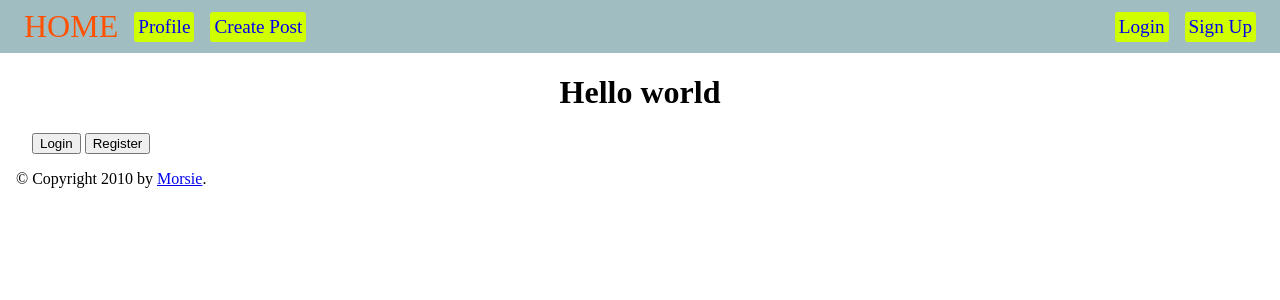
Repository: MorsChen/python-blog
Page: templates/home.html
An editor plug-in stored every save of this project. The page is shown before and after the next save, followed by the edit.
The browser window is 1280 px wide. The pictures show the whole page.
The page is served by the project's application, run on Flask 3 (default.py). The template is opened directly, without the code that normally fills it, so the values that code supplies are empty.

Above is the page before, as saved 2019-09-09 16:57:34.

### templates/home.html
{% extends 'index.html' %}

{% block content %}
<h1 style="text-align:center"> Hello world </h1>

{% if not current_user.is_authenticated %}
{% for post in posts %}
<li> {{post.title}} || {{post.body}} || {{post.users.username}} || {{post.created}} || {{post.updated}}
</li>

{%endfor%}
<button type="button" onclick="window.location.href=`{{url_for('login')}}`"> Login</button>
<button type="button" onclick="window.location.href=`{{url_for('register')}}`"> Register</button>
{% else %}
<h3>{{current_user.username}}</h3>
{% for post in posts %}
<li> <a href="{{url_for('single_post', id = post.id)}}">{{post.title}}</a> || {{post.body}} || {{post.users.username}} || {{post.created}} || {{post.updated}}
    <button type='button' onclick = "window.location.href=`{{url_for('editpost', id = post.id)}}`">Edit Post</button>
    <button type='button' onclick = "window.location.href=`{{url_for('new_comment', id = post.id)}}`">Comment</button>
</li>
{%endfor%}
<button type="button" onclick="window.location.href=`{{url_for('newpost')}}`"> Create New Post</button>
<button type="button" onclick="window.location.href=`{{url_for('profile')}}`"> Profile</button>
<button type="button" onclick="window.location.href=`{{url_for('logout')}}`"> Log Out</button>
{% endif %}
{% endblock %}

### templates/index.html
<!doctype html>
<html id="  ">
  <head>
    {% block head %}
    <link rel="stylesheet" href="{{ url_for('static', filename='style.css') }}">
    <title>{% block title %}{% endblock %} - My Blog Webpage</title>
    {% endblock %}
  </head>
  <body>
      <nav class="NavBar">
        <div class="nav-box1">
            <a class="a-nav" href="{{url_for('main')}}">HOME</a>
            <a class="btn" href="{{url_for('profile')}}">Profile</a>
            <a class="btn" href="{{url_for('newpost')}}">Create Post</a>
        </div>
        <div class="nav-box2">
            <a class="btn" href="{{url_for('login')}}">Login</a>
            <a class="btn" href="{{url_for('register')}}">Sign Up</a>

        </div>
      </nav>

      <div id="content">
          {% with messages = get_flashed_messages(with_categories=true) %}
          <!-- Categories: success (green), info (blue), warning (yellow), danger (red) -->
          {% if messages %}
            {% for category, message in messages %}
              <div class="alert alert-{{ category }} alert-dismissible" role="alert">
              <button type="button" class="close" data-dismiss="alert" aria-label="Close"><span aria-hidden="true">&times;</span></button>
              <!-- <strong>Title</strong> --> {{ message }}
              </div>
            {% endfor %}
          {% endif %}
        {% endwith %}

    <div id="content">{% block content %}{% endblock %}</div>
    <div id="footer">
      {% block footer %}
      &copy; Copyright 2010 by <a href="http://domain.invalid/">Morsie</a>.
      {% endblock %}
    </div>
  </body>
</html>

### default.py
import os
from flask import Flask, request, render_template, redirect, url_for, flash
from flask_migrate import Migrate
from flask_sqlalchemy import SQLAlchemy
from werkzeug.security import generate_password_hash, check_password_hash
from datetime import datetime
from flask_wtf import FlaskForm
from wtforms import StringField, SubmitField, PasswordField
from wtforms.validators import DataRequired, Email, EqualTo, ValidationError, Length
from flask_login import LoginManager, UserMixin, login_user, logout_user, current_user, login_required

#setting
app = Flask(__name__)
db = SQLAlchemy(app)
app.config['SECRET_KEY']="SUPERSECRET"

migrate = Migrate(app,db)

login_manager = LoginManager(app)
login_manager.init_app(app)
login_manager.login_view = 'login'


#setting connection
POSTGRES = {
    'user': "khoa",
    'pw': "zzz",
    'db': 'bloghehe',
    'host': "localhost",
    'port': 5432,
}
app.config['SQLALCHEMY_DATABASE_URI'] = 'postgresql://%(user)s:%(pw)s@%(host)s:\
%(port)s/%(db)s' % POSTGRES







#define models

class Users(UserMixin, db.Model):
  id = db.Column(db.Integer, primary_key=True)
  username = db.Column(db.String, nullable=False, unique=True)
  email = db.Column(db.String, nullable=False, unique=True)
  password = db.Column(db.String, nullable=False)
  posts = db.relationship("Posts", backref="users", lazy="dynamic")
  comments = db.relationship("Comments", backref="users", lazy="dynamic")

  def set_pass(self,passw):
    self.password =  generate_password_hash(passw)
  def check_pass(self,passw):
    return check_password_hash(self.password,passw)

class Posts(db.Model):
  id = db.Column(db.Integer, primary_key=True)
  title = db.Column(db.String, nullable=False)
  body = db.Column(db.String, nullable=False)
  created = db.Column(db.DateTime, nullable=False)
  updated = db.Column(db.DateTime)
  author =  db.Column(db.Integer, db.ForeignKey('users.id'), nullable=False)
  comments = db.relationship('Comments', backref="posts", lazy="dynamic")

class Comments(db.Model):
  id = db.Column(db.Integer, primary_key=True)
  body = db.Column(db.String, nullable=False)
  created = db.Column(db.DateTime, nullable=False)
  updated = db.Column(db.DateTime)
  author =  db.Column(db.Integer, db.ForeignKey('users.id'), nullable=False)
  post = db.Column(db.Integer, db.ForeignKey('posts.id'), nullable=False)

db.create_all()


@login_manager.user_loader
def load_user(user_id):
    return Users.query.get(user_id)



#define forms
class Register(FlaskForm):
  username = StringField("User Name", validators=[DataRequired("Please input your username"), Length(min=3, max=20, message="username must have at least 3 char and max 20 chars")])
  email = StringField("Email address", validators=[DataRequired(), Email("Please input an appropriate email address")])
  password = StringField("Password", validators=[DataRequired(), EqualTo("confirm")])
  confirm = StringField("Password", validators=[DataRequired()])
  submit = SubmitField("Register")

  def validate_username(self, field):
        if Users.query.filter_by(username=field.data).first() :
            raise ValidationError("Your username has been registered!!")
  def validate_email(self, field):
        if Users.query.filter_by(email=field.data).first() :
            raise ValidationError("Your email has been registered!!")


class Login(FlaskForm):
  email = StringField("Email address", validators=[DataRequired(), Email("Please input an appropriate email address")])
  password = PasswordField("Password", validators=[DataRequired()])
  submit = SubmitField("Login")

class NewPost(FlaskForm):
  title = StringField("Blog Title", validators=[DataRequired(), Length(min=3,max=255, message="min 3, max 255")])
  body = StringField("Content", validators=[DataRequired(), Length(min=3,max=10000, message="min 3, max 10000")])
  submit = SubmitField("Post")

class New_comment(FlaskForm):
  body = StringField("Comment content", validators=[DataRequired(), Length(min=3, max=1000, message="min 3, max 1000")])
  submit = SubmitField("Comment")

@app.route('/register', methods=['post','get'])
def register():
  form = Register()

  if request.method=="POST":
    if form.validate_on_submit():
      new_user = Users(username = form.username.data,
                        email = form.email.data,
                        )
      new_user.set_pass(form.password.data)
      db.session.add(new_user)
      db.session.commit()
      return redirect(url_for("home"))
    else:
      for field_name, errors in form.errors.items():
          flash(errors)
      return redirect((url_for('register')))
  return render_template('register.html', form = form)

@app.route('/login', methods=['post','get'])
def login():
  form = Login()
  if request.method == 'POST':
    check = Users.query.filter_by(email=form.email.data).first()
    if check :
      if check.check_pass(form.password.data):
        login_user(check)
        return redirect(url_for("home"))
    else:
      flash(["email address not exist"])
      return redirect(url_for('register'))
  return render_template('login.html', form = form)

@app.route('/logout')
@login_required
def logout():
  logout_user()
  return redirect(url_for('login'))

@app.route('/')
def home():
  posts = Posts.query.all()
  return render_template('index.html', posts = posts)


@app.route('/newpost', methods=['post', 'get'])
@login_required
def newpost():
  form = NewPost()
  if request.method == 'POST':
    new_post = Posts(title=form.title.data,
                    body=form.body.data,
                    created = datetime.now())
    current_user.posts.append(new_post)
    db.session.add(new_post)
    db.session.commit()
    return "ok"
  return render_template('newpost.html', form=form)

@app.route('/editpost/<id>', methods=['post','get'])
@login_required
def edit_post(id):
  form = NewPost()
  post = Posts.query.filter_by(id=id, author = current_user.id).first()
  if not post:
    flash([["you are not allowed to edit this post"]])
    return redirect(url_for("home"))
  else:
    if request.method == 'POST':
      post.title = form.title.data
      post.body = form.body.data
      post.updated = datetime.now()
      db.session.commit()
      return "ok"
      # return redirect(url_for('post'))
  return render_template('editpost.html', form = form )

@app.route('/delete_post/<id>', methods=['get'])
@login_required
def delete_post(id):
  post = Posts.query.filter_by(id=id, author=current_user.id).first()
  if post:
    db.session.delete(post)
    db.session.commit()
  else:
    flash(['You are not allowed to delete this post'])
  return redirect(url_for('home'))

@app.route('/single_post/<id>', methods=['get'])
def single_post(id):
  post = Posts.query.filter_by(id=id).first()  # 1 item
  comments = post.comments.all()  # a list
  return render_template('single_post.html', post = post, comments = comments)


@app.route('/posts/<id>/comments', methods=['POST','GET'])
def new_comment(id):
  form = New_comment()
  if request.method == 'POST':
    if form.validate_on_submit():
      post = Posts.query.filter_by(id=id).first()
      c = Comments(body=form.body.data,
                    created = datetime.now(),
                    # author = current_user.id,
                    )
      current_user.comments.append(c) # autho
      post.comments.append(c)      # post
      db.session.add(c)
      db.session.commit()
      return redirect(url_for('single_post', id=id))
    else:
      for field_name, errors in form.errors.items():
          flash(errors)
      return redirect((url_for('new_comment')))
  return render_template('new_comment.html', form = form)



@app.route('/khoa', methods=['get','options',"DELETE"])
def khoa():
  if request.method == "DELETE":
    return "KHOA IS COOL"
  return "NOPE"


if __name__ == "__main__":
  app.run(debug=True, port=5001)

### static/style.css
body{
    /* background-color: black; */
    margin: 0;
}

.NavBar {
    display: flex;
    position: sticky;
    /* margin: 0.5rem; */
    justify-content: space-between;
    top: 0;
    padding: 0 1rem 0 1rem;
    text-align: center;
    align-items: center;
    align-content: center;
    background-color: rgba(70, 128, 136, 0.514);
    font-size: 3rem;
}

.nav-box1 {
    display: flex;
    text-align: center;
    align-items: center;
    align-content: center;
}

.nav-box2 {
    display: flex;
    text-align: center;
    align-items: center;
    align-content: center;
}

.a-nav {
    text-decoration: none;
    font-size: 2rem;
    color: rgb(255, 81, 0);
    margin: 0.5rem;
}
.btn {
    border: none;
    text-decoration: none;
    border-radius: 0.2rem;
    background-color: rgb(208, 255, 0);
    text-align: center;
    text-justify: center;
    padding: 0.25rem;
    margin: 0.5rem;
    font-size: 1.2rem;
}

#content {
    margin: 1rem;
}

After the next save:
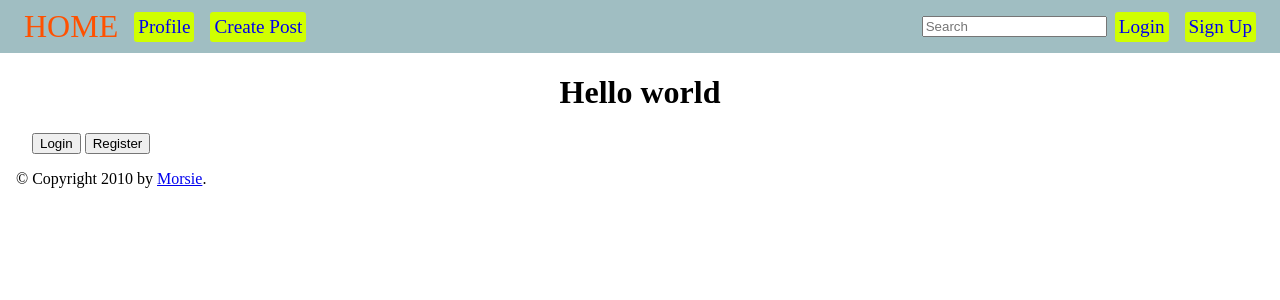
Saved 67 s later.
--- a/templates/index.html
+++ b/templates/index.html
@@ -14,6 +14,7 @@
             <a class="btn" href="{{url_for('newpost')}}">Create Post</a>
         </div>
         <div class="nav-box2">
+            <input placeholder="Search" >
             <a class="btn" href="{{url_for('login')}}">Login</a>
             <a class="btn" href="{{url_for('register')}}">Sign Up</a>
 
